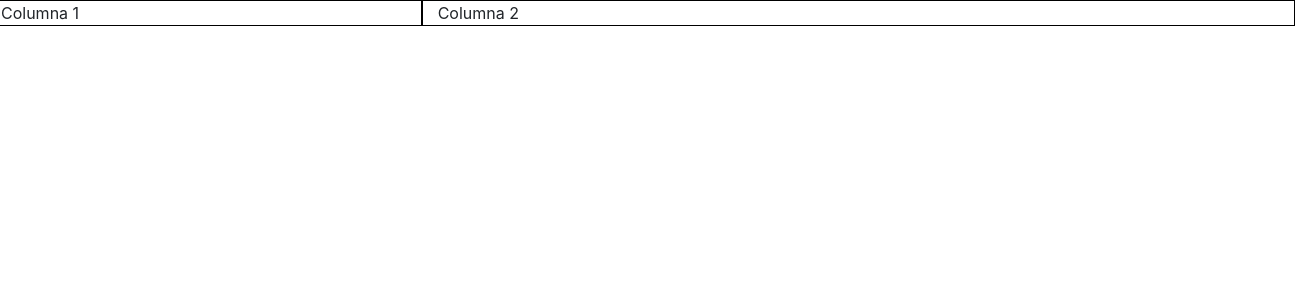
Repository: Enrique-git-hub/curso-java
Page: Workspace/BoostrapTest/src/main/webapp/index.html
An editor plug-in stored every save of this project. The page is shown before and after the next save, followed by the edit.
The browser window is 1280 px wide. The page is 1295 px wide, so the pictures cover 1295 px, including what lies to the right of the window. The pictures show the whole page.

Above is the page before, as saved 2025-03-18 08:10:20.

After the next save:
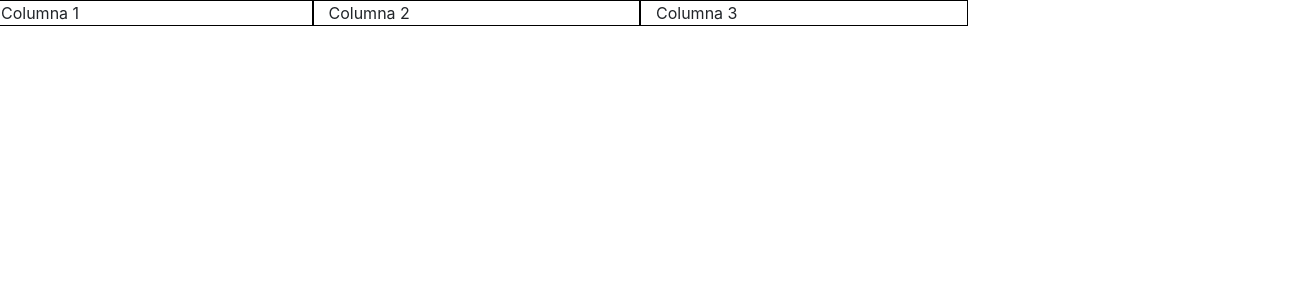
Saved 53 s later.
--- a/Workspace/BoostrapTest/src/main/webapp/index.html
+++ b/Workspace/BoostrapTest/src/main/webapp/index.html
@@ -23,9 +23,9 @@
 <body>
 
 	<div class="row">
-		<div class="col-sm-4 borde">Columna 1</div>
-		<div class="col-sm-8 borde">Columna 2</div>
-
+		<div class="col-sm-3 borde">Columna 1</div>
+		<div class="col-sm-3 borde">Columna 2</div>
+		<div class="col-sm-3 borde">Columna 3</div>
 	</div>
 
 </body>
